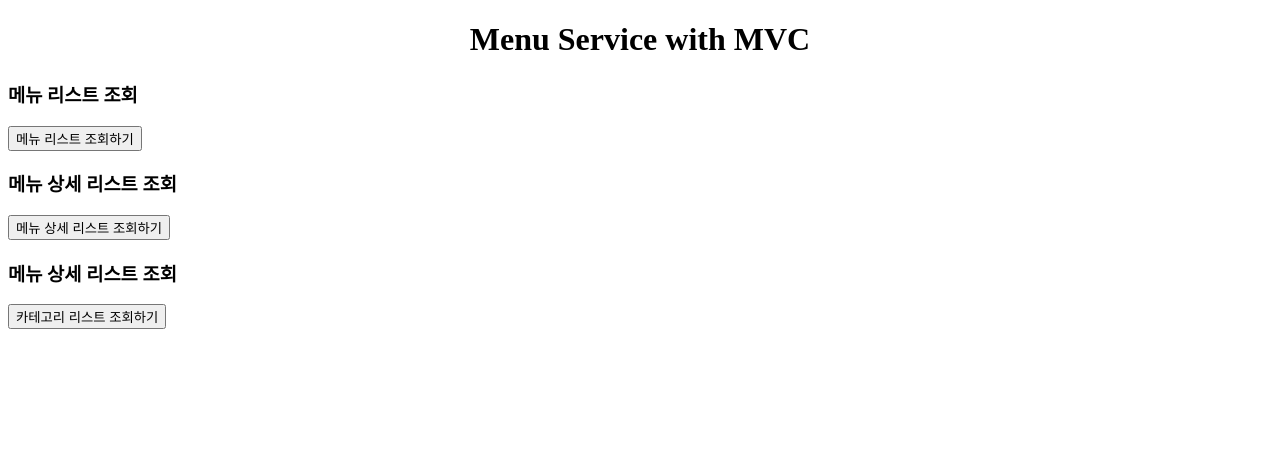
Repository: DaeyeonKim97/Menu-MVC
Page: http://localhost/menu-mvc-mybatis/
An editor plug-in stored every save of this project. The page is shown before and after a run of saves, followed by the edit.
The browser window is 1280 px wide. The pictures show the whole page.
The page is served by Tomcat 9. Nobody is signed in. The application's start-up code is not run. Other server files are loaded and not shown.

Above is the page before, as saved 2022-08-13 07:31:57.

### menu-mvc-mybatis/src/main/webapp/index.jsp
<%@ page language="java" contentType="text/html; charset=UTF-8"
    pageEncoding="UTF-8"%>
<!DOCTYPE html>
<html>
<head>
<meta charset="UTF-8">
<title>Menu MVC</title>
</head>
<body>
	<jsp:include page="./WEB-INF/views/common/header.jsp"/>
	<h3>메뉴 리스트 조회</h3>
	<button onclick="location.href = '${pageContext.servletContext.contextPath}/list'">
		메뉴 리스트 조회하기
	</button>
	<h3>메뉴 상세 리스트 조회</h3>
	<button onclick="location.href = '${pageContext.servletContext.contextPath}/detail-list'">
		메뉴 상세 리스트 조회하기
	</button>
	<h3>메뉴 상세 리스트 조회</h3>
	<button onclick="location.href = '${pageContext.servletContext.contextPath}/category-list'">
		카테고리 리스트 조회하기
	</button>
</body>
</html>

### menu-mvc-mybatis/src/main/webapp/WEB-INF/views/common/header.jsp
<%@ page language="java" contentType="text/html; charset=UTF-8"
    pageEncoding="UTF-8"%>
<!DOCTYPE html>
<html>
<head>
<meta charset="UTF-8">
<title>Insert title here</title>
</head>
<body>
	<h1 align="center">Menu Service with MVC</h1>
</body>
</html>

After the next 2 saves:
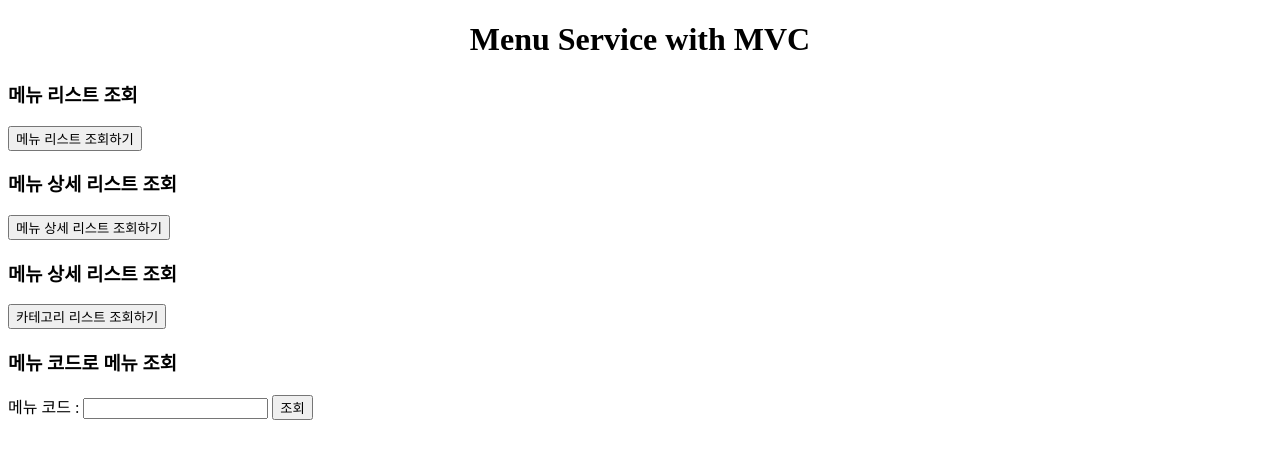
The 2 saves are shown as one change because they came seconds apart.
The last was saved 111 s later.
--- a/menu-mvc-mybatis/src/main/webapp/index.jsp
+++ b/menu-mvc-mybatis/src/main/webapp/index.jsp
@@ -20,5 +20,11 @@
 	<button onclick="location.href = '${pageContext.servletContext.contextPath}/category-list'">
 		카테고리 리스트 조회하기
 	</button>
+	<h3>메뉴 코드로 메뉴 조회</h3>
+	<form>
+		<label>메뉴 코드 :</label>
+		<input type="number" name="menuCode" id="menuCode"/>
+		<button type="submit">조회</button>
+	</form>
 </body>
 </html>
